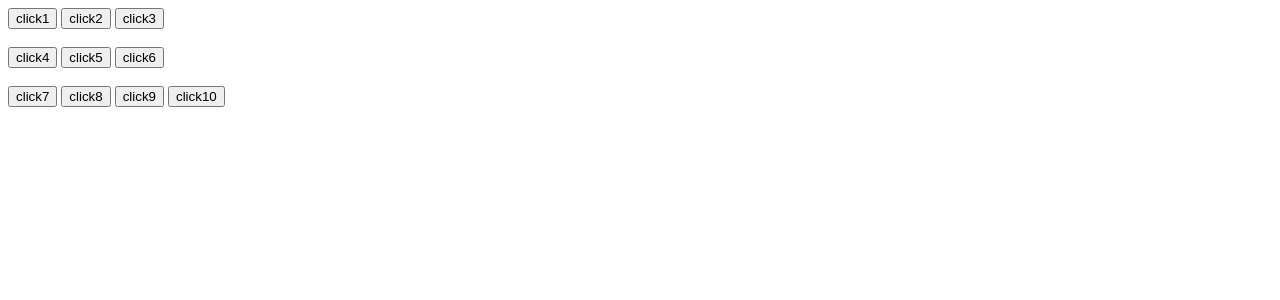
Repository: yhj4130/JsonStudy
Page: JsonApp01/WebContent/JsonTest10.html
These files come from the project's save history. The page is drawn as it stood at one moment and after the next save; the edit follows.
The browser window is 1280 px wide. The pictures show the whole page.

Above is the page before, as saved 2019-05-31 06:48:57.

After the next save:
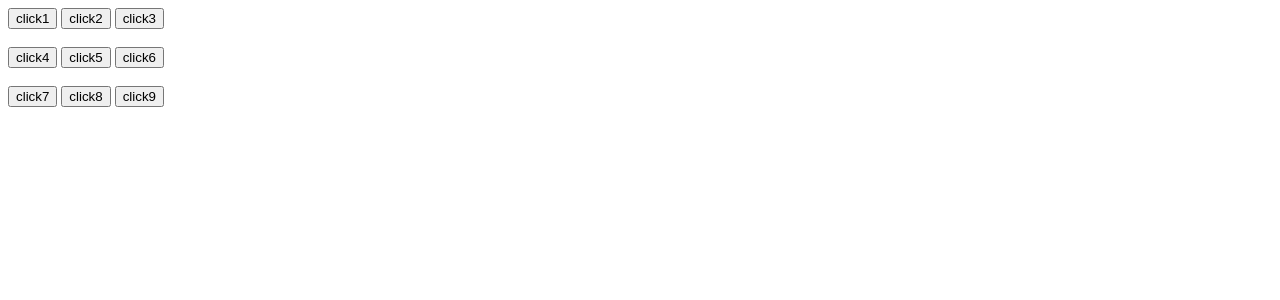
Saved 25 s later.
--- a/JsonApp01/WebContent/JsonTest10.html
+++ b/JsonApp01/WebContent/JsonTest10.html
@@ -42,8 +42,6 @@
 	<!-- string -->
 
 	<input type="button" value="click9" onclick="alert(obj6[1])">
-	<!-- test -->
-	<input type="button" value="click10" onclick="alert(typeof obj6[1])">
-	<!-- string -->
+	<!-- undefined -->
 
 </form>

After the save that followed:
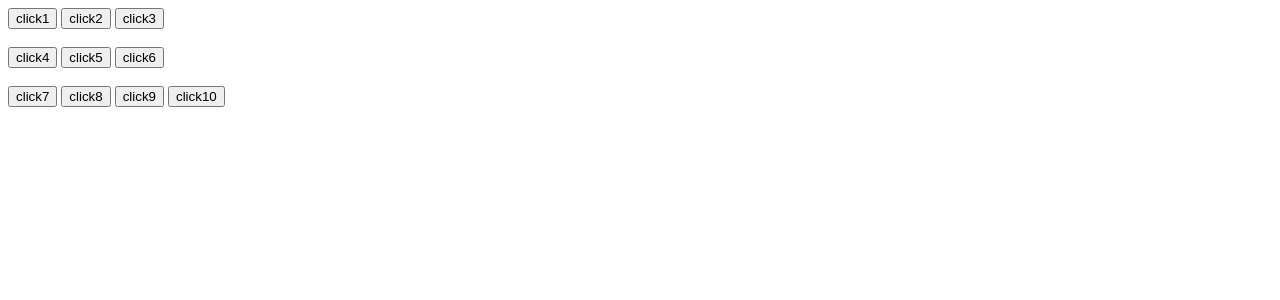
Saved 11 min 40 s later.
--- a/JsonApp01/WebContent/JsonTest10.html
+++ b/JsonApp01/WebContent/JsonTest10.html
@@ -44,4 +44,6 @@
 	<input type="button" value="click9" onclick="alert(obj6[1])">
 	<!-- undefined -->
 
+	<input type="button" value="click10" onclick="alert(obj6_1[0])">
+
 </form>
